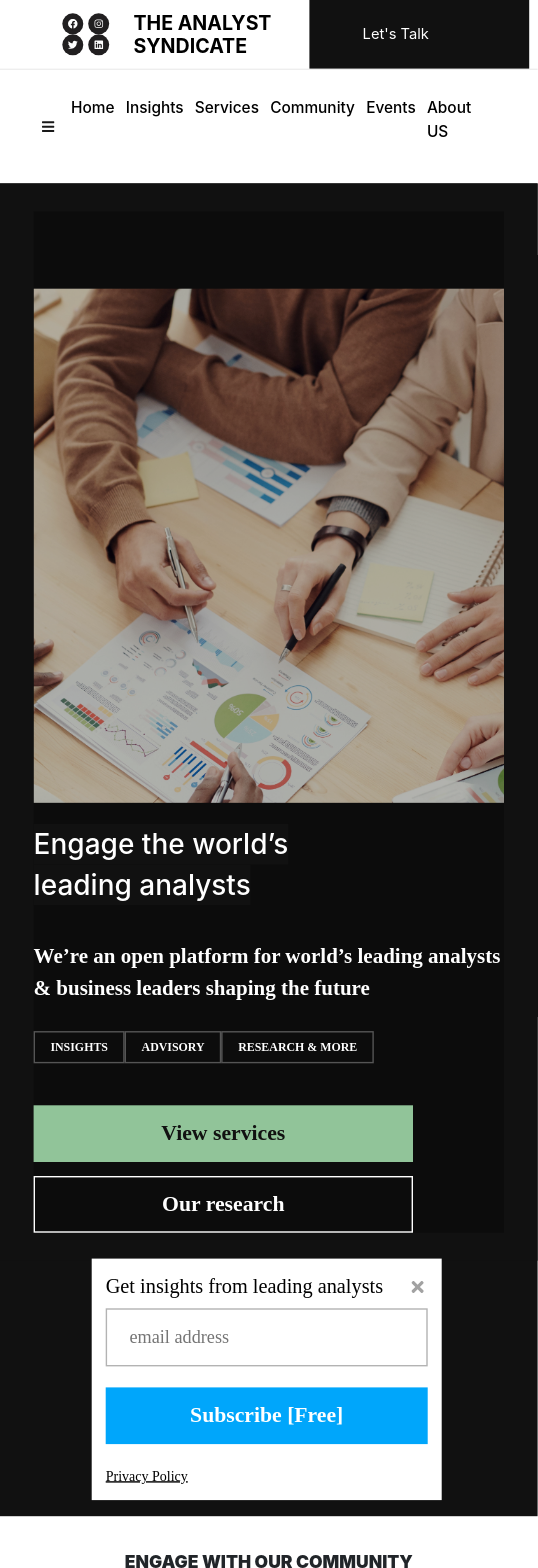
Repository: arif286/Business-webpage
Page: /
The author's editor kept a copy of each file at every save. The page is drawn from the files as they stood at one save, then again after the next save.
The browser window is 768 px wide. The pictures show the part of the page from y = 0 to 2240 px (the page is 12106 px tall before and 12062 px after), at 70% of full size.
The project was rebuilt for these pictures with package versions that can differ from the ones it lists, and the page was loaded fresh each time. Also part of the build but not shown: src/components/NotFound/NotFound.js.

Above is the page before, as saved 2021-05-28 18:35:12.

After the next save:
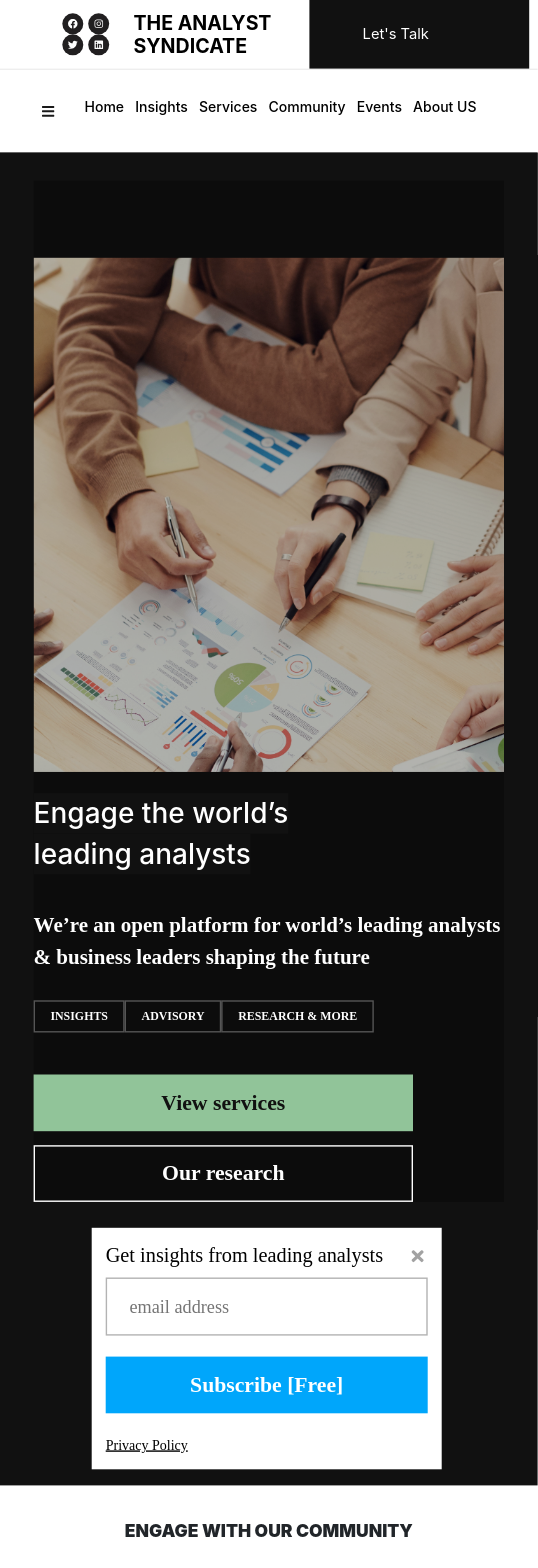
Saved 59 s later.
--- a/src/components/MainHeader/MainHeader.css
+++ b/src/components/MainHeader/MainHeader.css
@@ -12,3 +12,11 @@
     font-size: 20px;
   }
 }
+
+@media (min-width: 768px) and (max-width: 991px) {
+  .nav-link-list {
+    padding-top: 30px;
+    padding-bottom: 42px;
+    font-size: 20px;
+  }
+}
